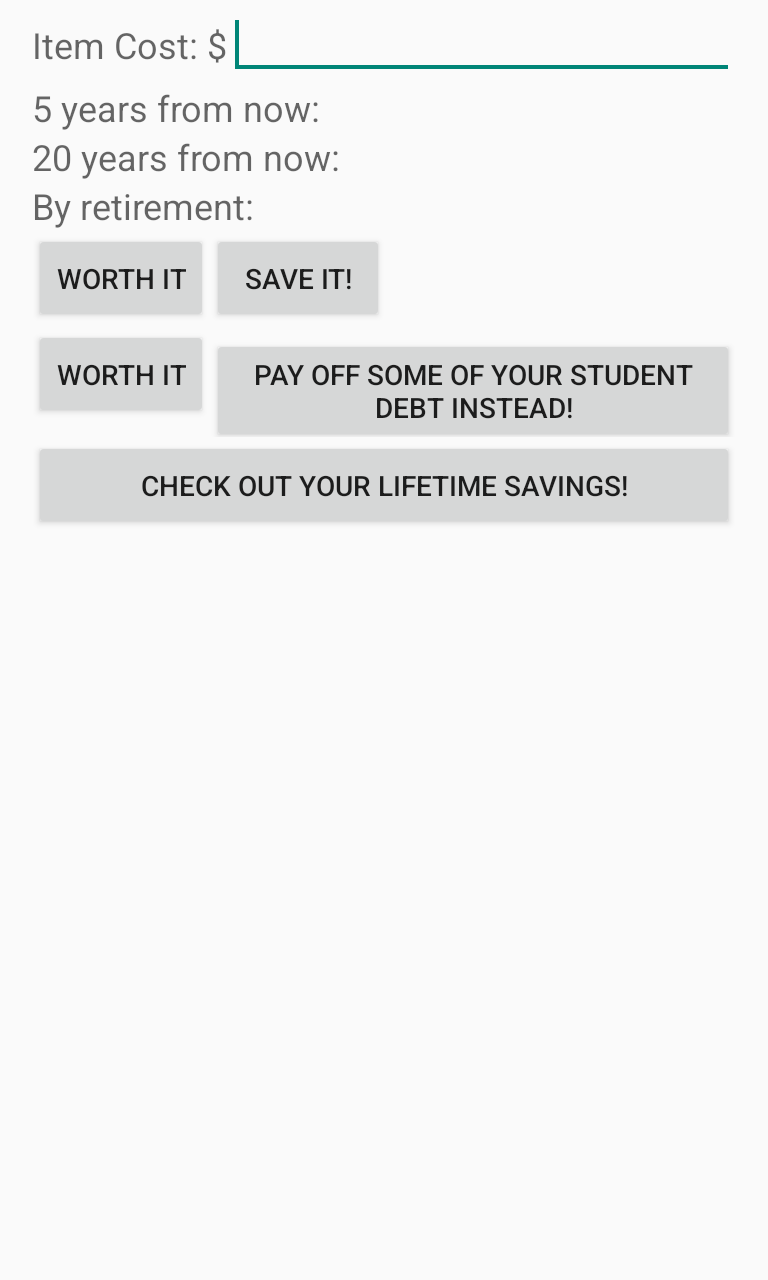
Repository: aallev11/saveit
Layout: ShouldISaveIt/res/layout/activity_main.xml
These files come from the project's save history. The layout is drawn as it stood at one moment and after the next save; the edit follows.
It is drawn on a 768 x 1280 px phone screen (xhdpi) without system bars, with theme AppTheme; the app's code is not run.

Above is the layout before, as saved 2014-03-30 15:10:20.

After the next save:
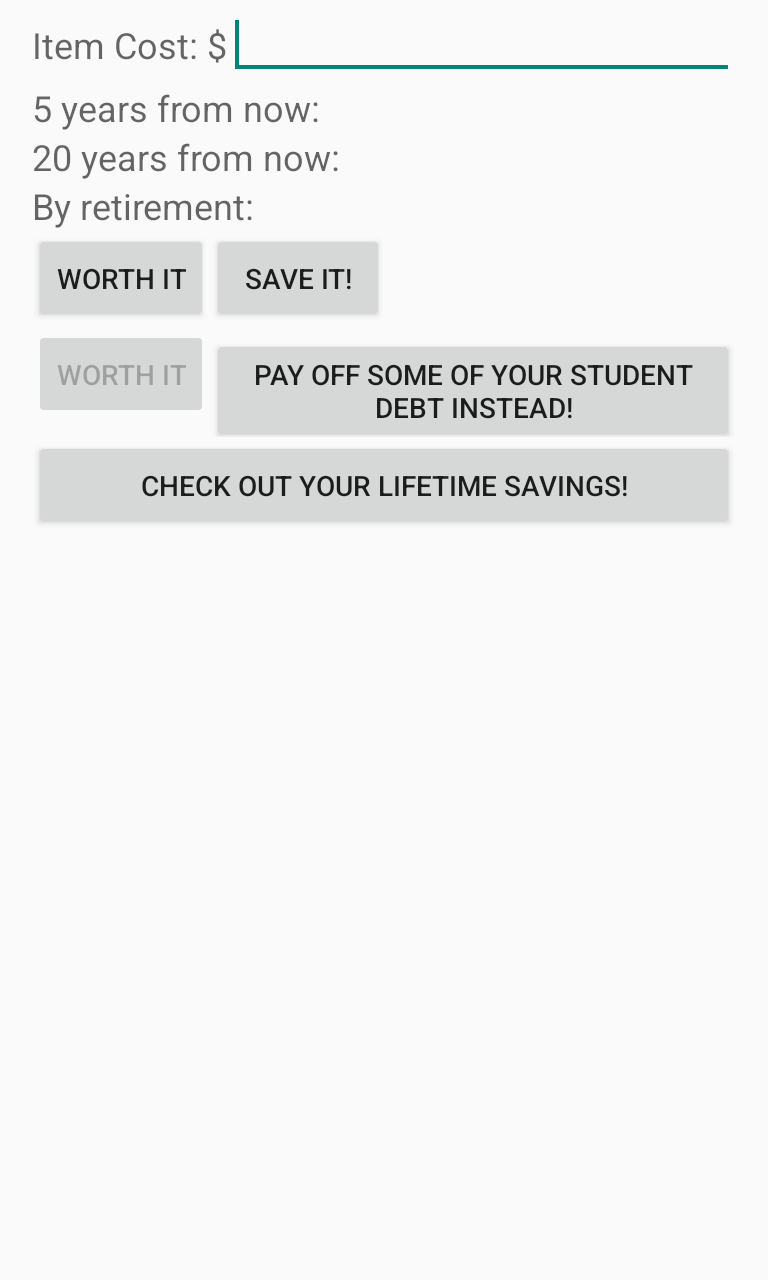
Saved 10 s later.
--- a/ShouldISaveIt/res/layout/activity_main.xml
+++ b/ShouldISaveIt/res/layout/activity_main.xml
@@ -126,6 +126,7 @@
                 android:id="@+id/putIntoRetirement"
                 android:layout_width="wrap_content"
                 android:layout_height="wrap_content"
+                android:enabled="false"
                 android:onClick="Save it in Retirement Instead!"
                 android:text="Worth It" />
 
